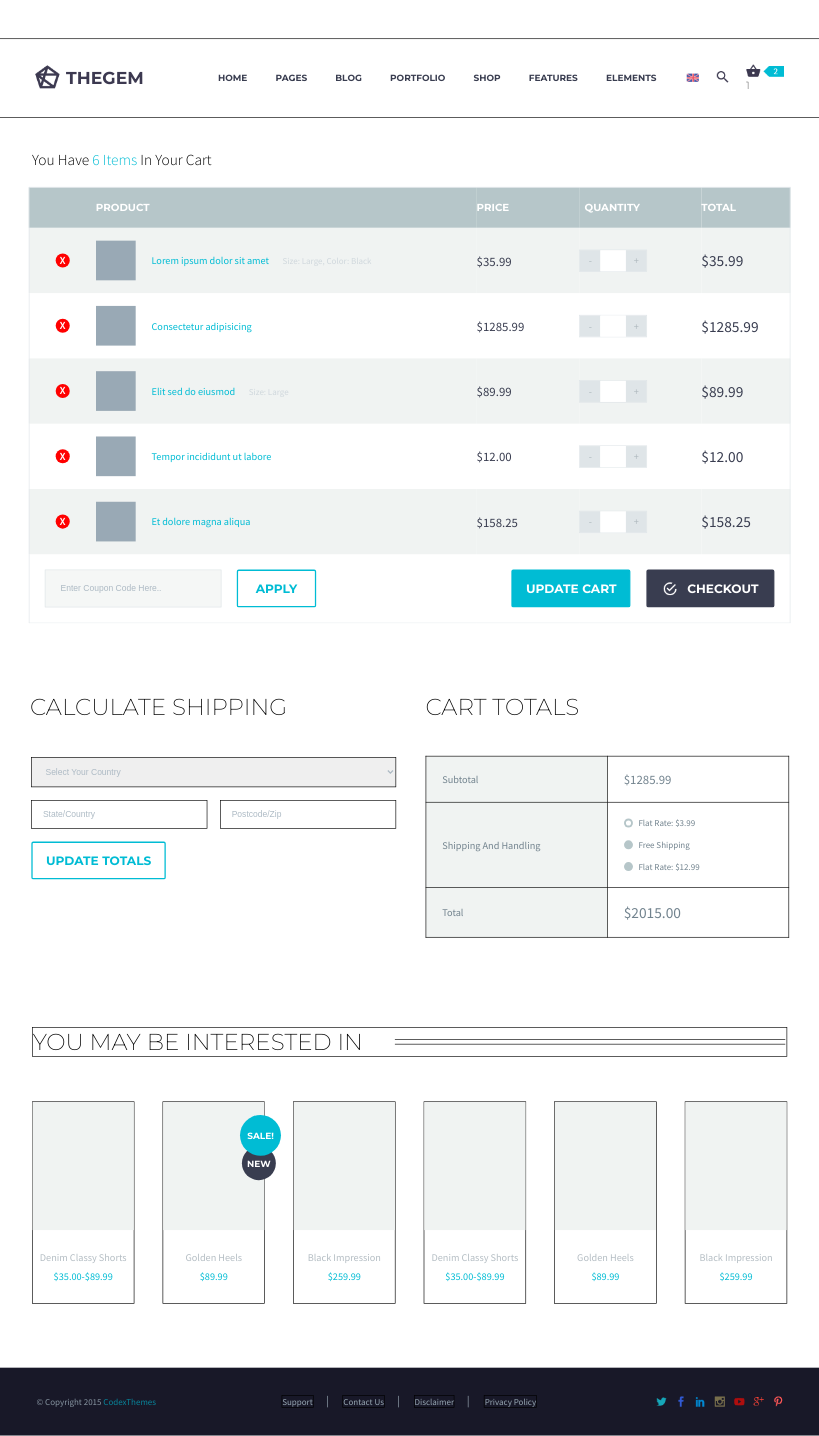
Repository: flylessbird/shop_cart
Page: html/page.html
The author's editor kept a copy of each file at every save. The page is drawn from the files as they stood at one save, then again after the next save.
The browser window is 1280 px wide. The pictures show the whole page, at 64% of full size.
The style sheet was rebuilt from its Sass, Less or Tailwind sources for each picture, by a compiler version that may differ from the author's.

Above is the page before, as saved 2022-05-11 11:00:40.

After the next save:
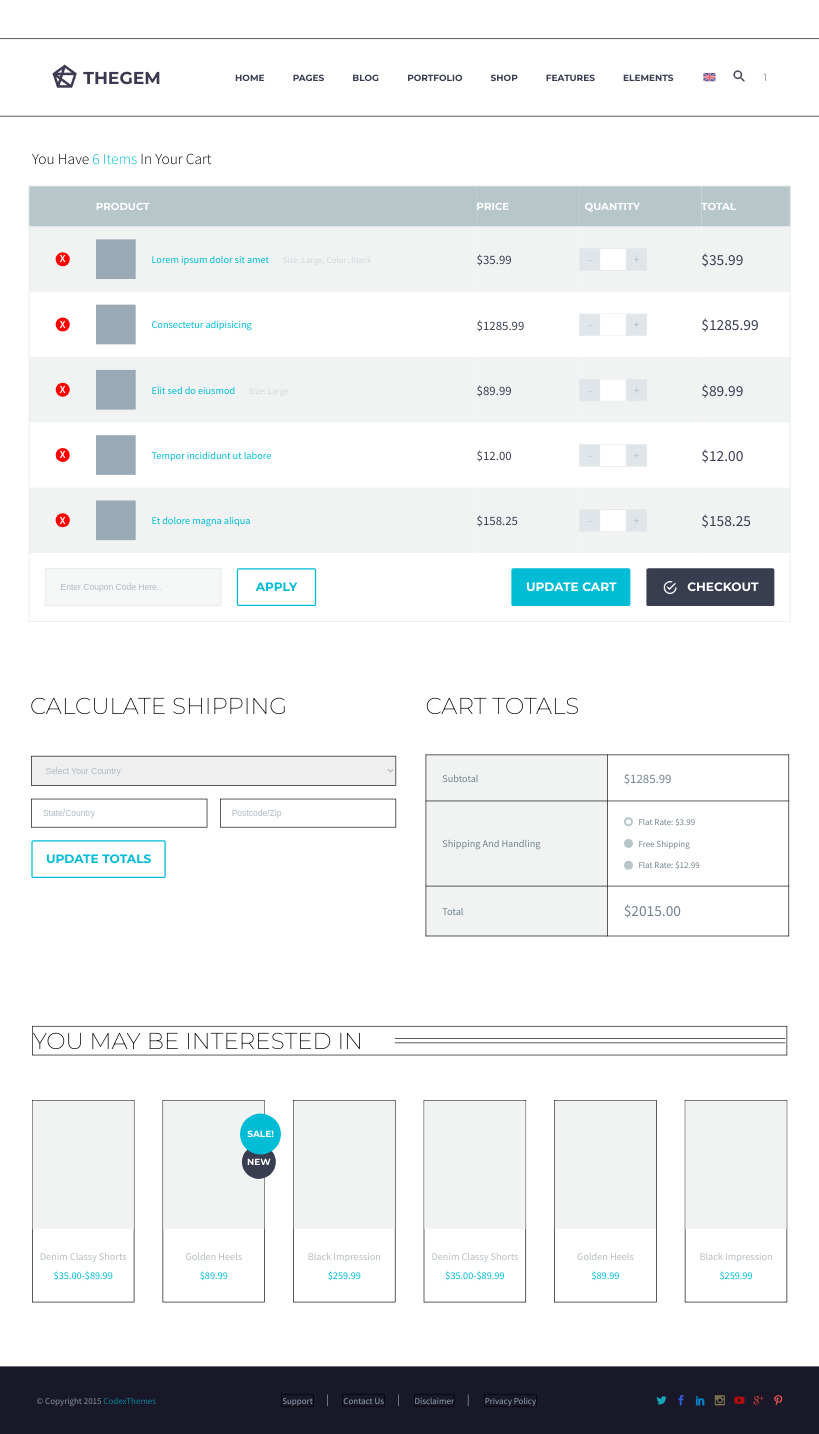
Saved 8 s later.
--- a/html/page.html
+++ b/html/page.html
@@ -43,7 +43,7 @@
             <a href="" class="side"><img src="/img/search.png" /></a>
           </li>
           <li class="shop_tag">
-            <a href="" class="side"><img src="/img/cart.png" alt="" /></a>
+            <a href="" class="side"></a>
             <div class="tag">
               <span class="triangle"></span>
               <span class="square">1</span>
